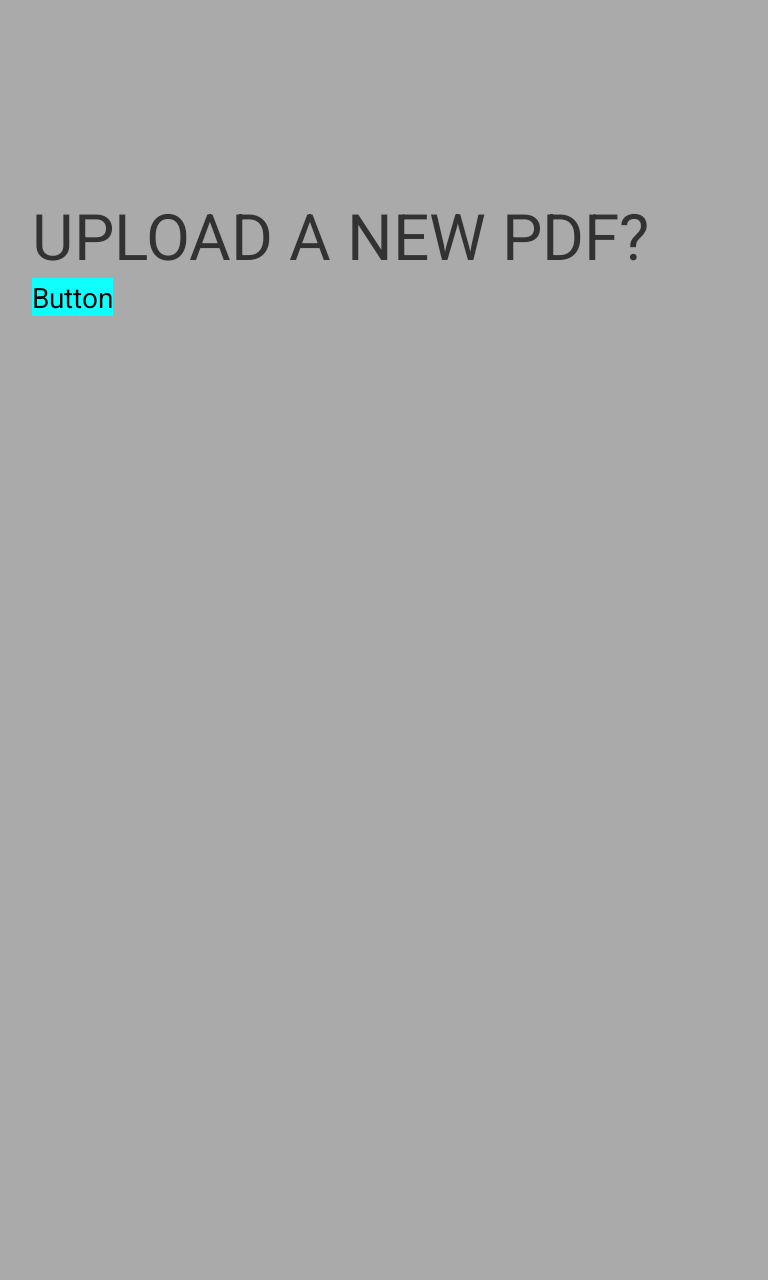
Repository: nick11roberts/Moka-Scanr
Layout: Document Uploader/res/layout/activity_options.xml
These files come from the project's save history. The layout is drawn as it stood at one moment and after the next save; the edit follows.
It is drawn on a 768 x 1280 px phone screen (xhdpi) without system bars, with theme android:Theme.Light.NoTitleBar; the app's code is not run. The app's manifest (not shown) leaves right-to-left support off. So textAlignment, textDirection and layoutDirection are ignored, and left and right values win over start and end ones.

Above is the layout before, as saved 2014-05-29 06:12:36.

After the next save:
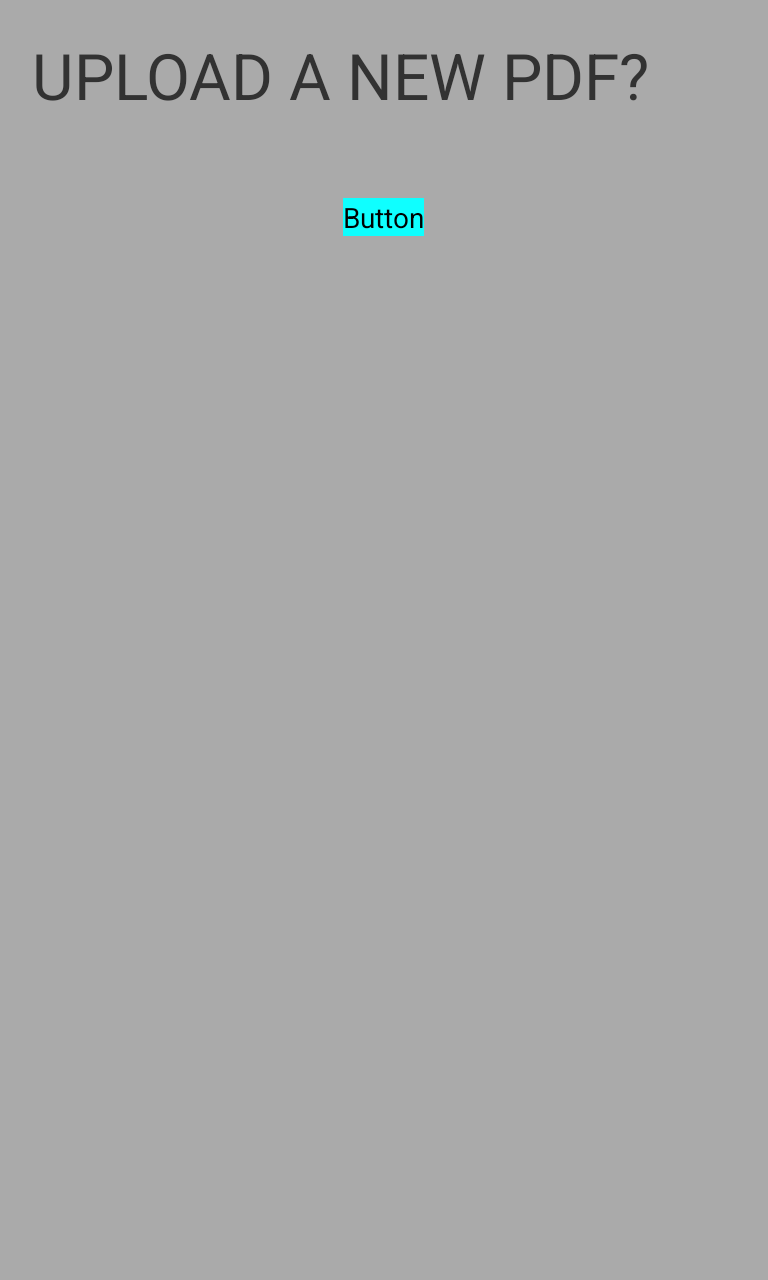
Saved 4 min 24 s later.
--- a/Document Uploader/res/layout/activity_options.xml
+++ b/Document Uploader/res/layout/activity_options.xml
@@ -4,6 +4,7 @@
     android:layout_height="match_parent"
     android:background="#AAAAAA"
     android:baselineAligned="true"
+    android:gravity="center_horizontal"
     android:orientation="vertical"
     android:paddingBottom="@dimen/activity_vertical_margin"
     android:paddingLeft="@dimen/activity_horizontal_margin"
@@ -14,9 +15,8 @@
     <TextView
         android:layout_width="match_parent"
         android:layout_height="wrap_content"
-        android:paddingTop="80dp"
+        android:paddingBottom="40dp"
         android:text="@string/main_heading"
-        android:textAlignment="center"
         android:textAllCaps="true"
         android:textSize="32sp" />
 
